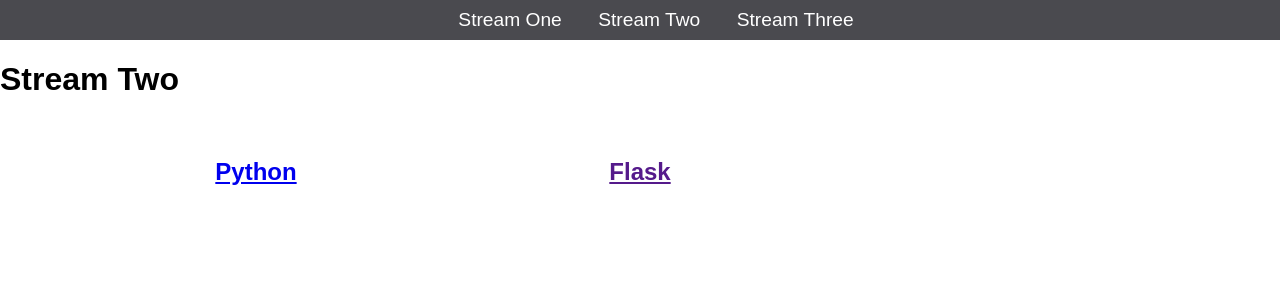
Repository: conbonbom/my-first-website
Page: stream-two.html
The author's editor kept a record of every edit. The page is drawn from the files as they stood at one moment, then again after the next edit.
The browser window is 1280 px wide. The pictures show the whole page.

Above is the page before.

After the next edit:
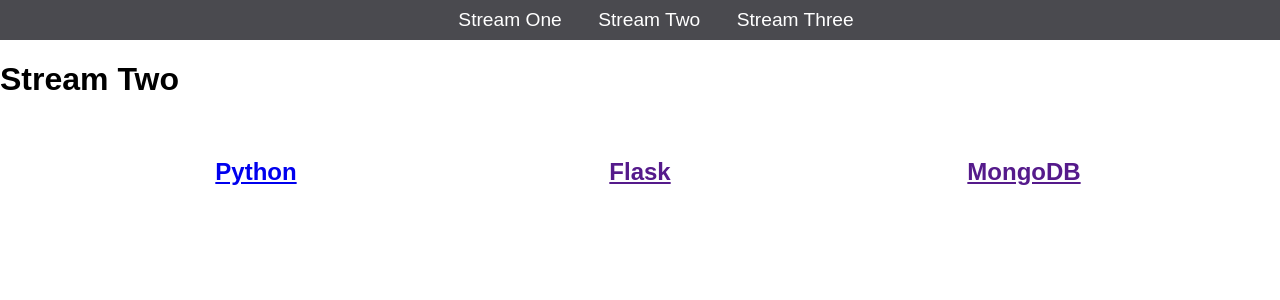
The edit:
--- a/stream-two.html
+++ b/stream-two.html
@@ -31,7 +31,7 @@
         <div class="card">
             <a href="">
             <img src=""></img>
-            <h2></h2>
+            <h2>MongoDB</h2>
             </a>
         </div>
 
